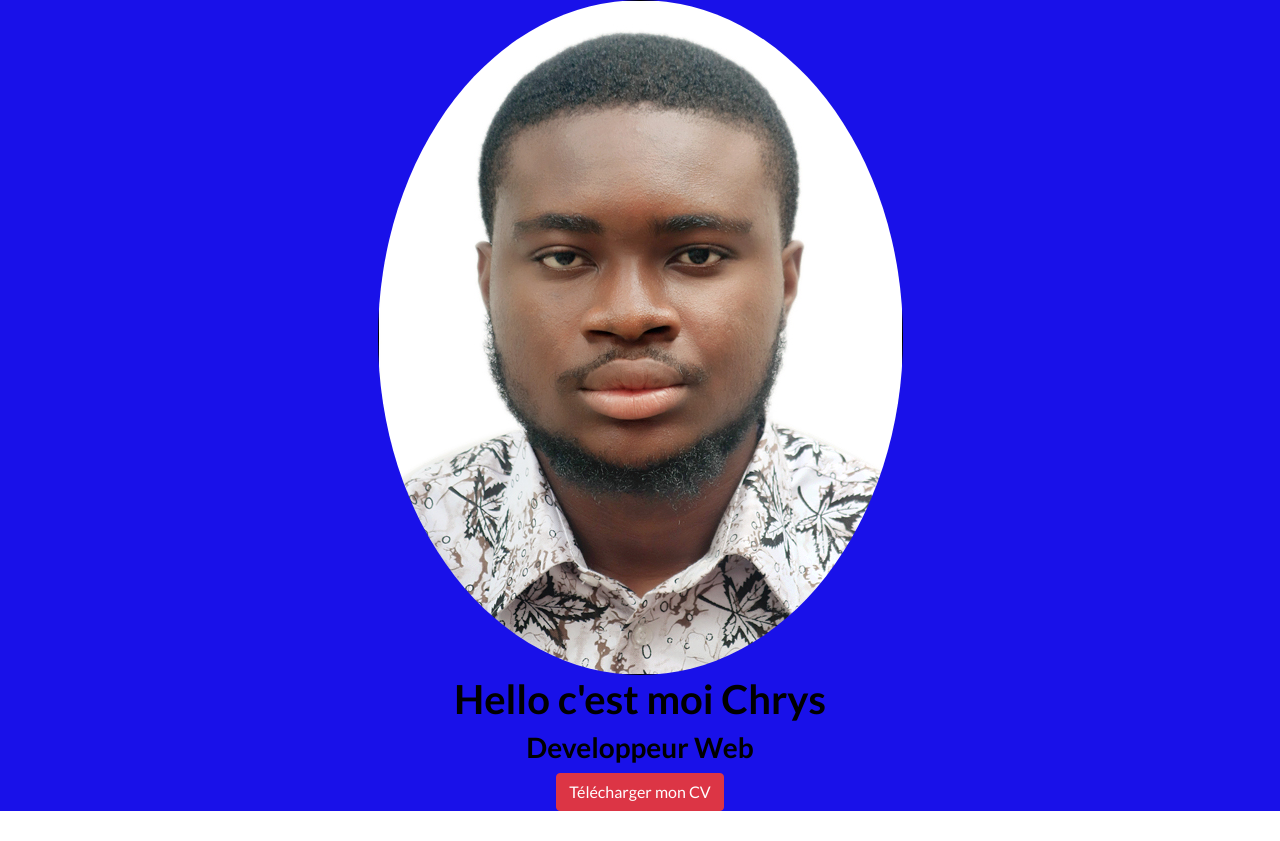
Repository: CHRYSOVR/CV_en_ligne_Interactif
Page: index.html
An editor plug-in stored every save of this project. The page is shown before and after the next save, followed by the edit.
The browser window is 1280 px wide. The pictures show the whole page.

Above is the page before, as saved 2025-07-07 15:07:22.
Console error: TypeError: Cannot read properties of undefined (reading 'fn')

After the next save:
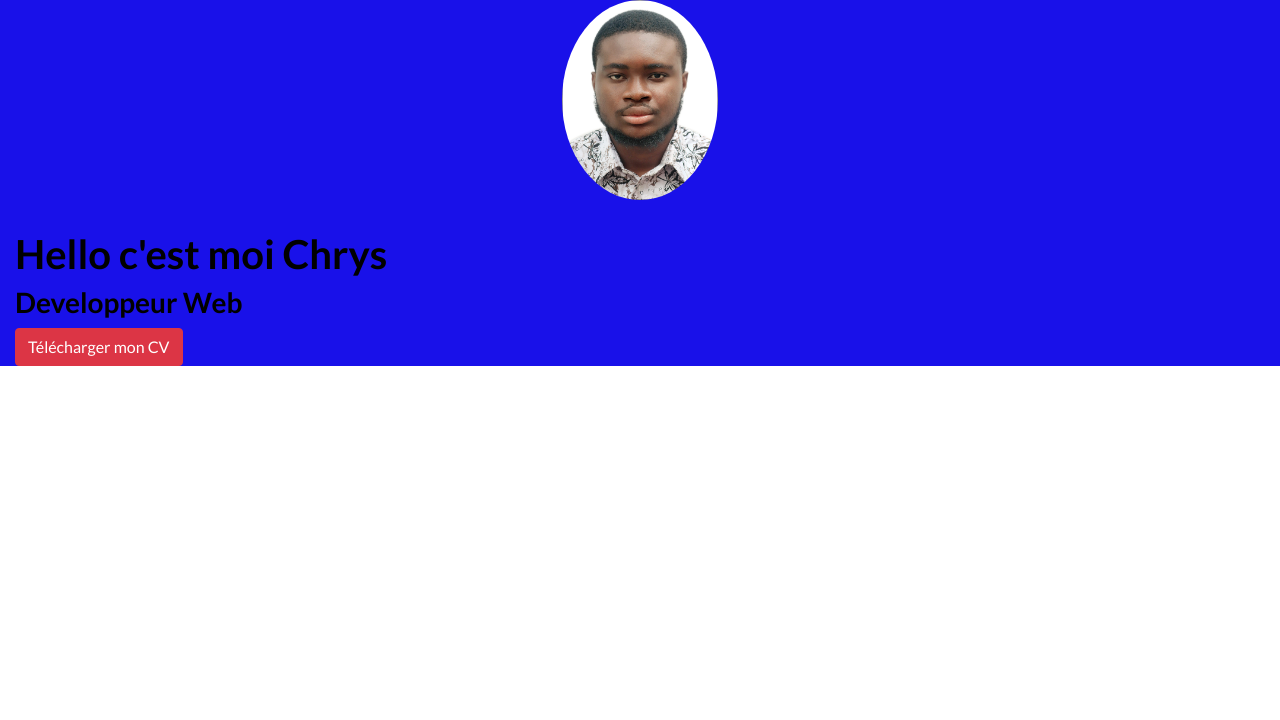
Saved 57 s later.
--- a/index.html
+++ b/index.html
@@ -14,7 +14,7 @@
 </head>
 <body>
   <section id="about" class="container-fluid">
-    <div class="profile-picture" ><img src="images/Me.JPG" alt="photo sanne-tia" class="rounded-circle" >
+    <div class="profile-picture" ><img src="images/Me.JPG" alt="photo sanne-tia" class="rounded-circle"height="200"></div>
     <h1>Hello c'est moi Chrys</h1 >
      <h3>Developpeur Web</h3>
      <a href="documents/CV_Sanne-Tia.pdf" class="btn btn-danger" target="_blank">Télécharger mon CV</a>
